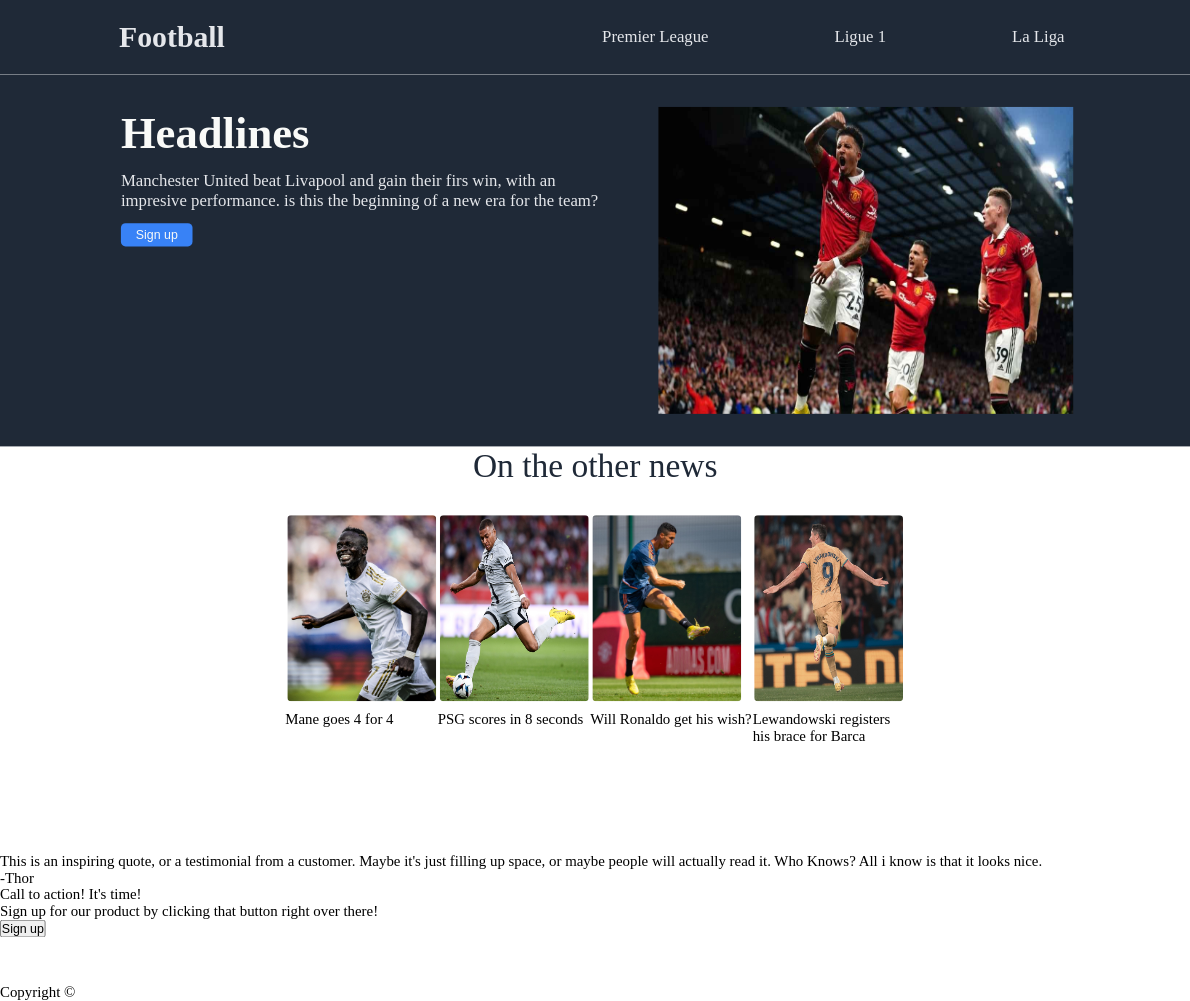
Repository: MhlengiNgubane/Brainnest_CSS
Page: index.html
An editor plug-in stored every save of this project. The page is shown before and after the next save, followed by the edit.
The browser window is 1280 px wide. The pictures show the whole page, at 93% of full size.

Above is the page before, as saved 2022-08-28 00:26:14.

After the next save:
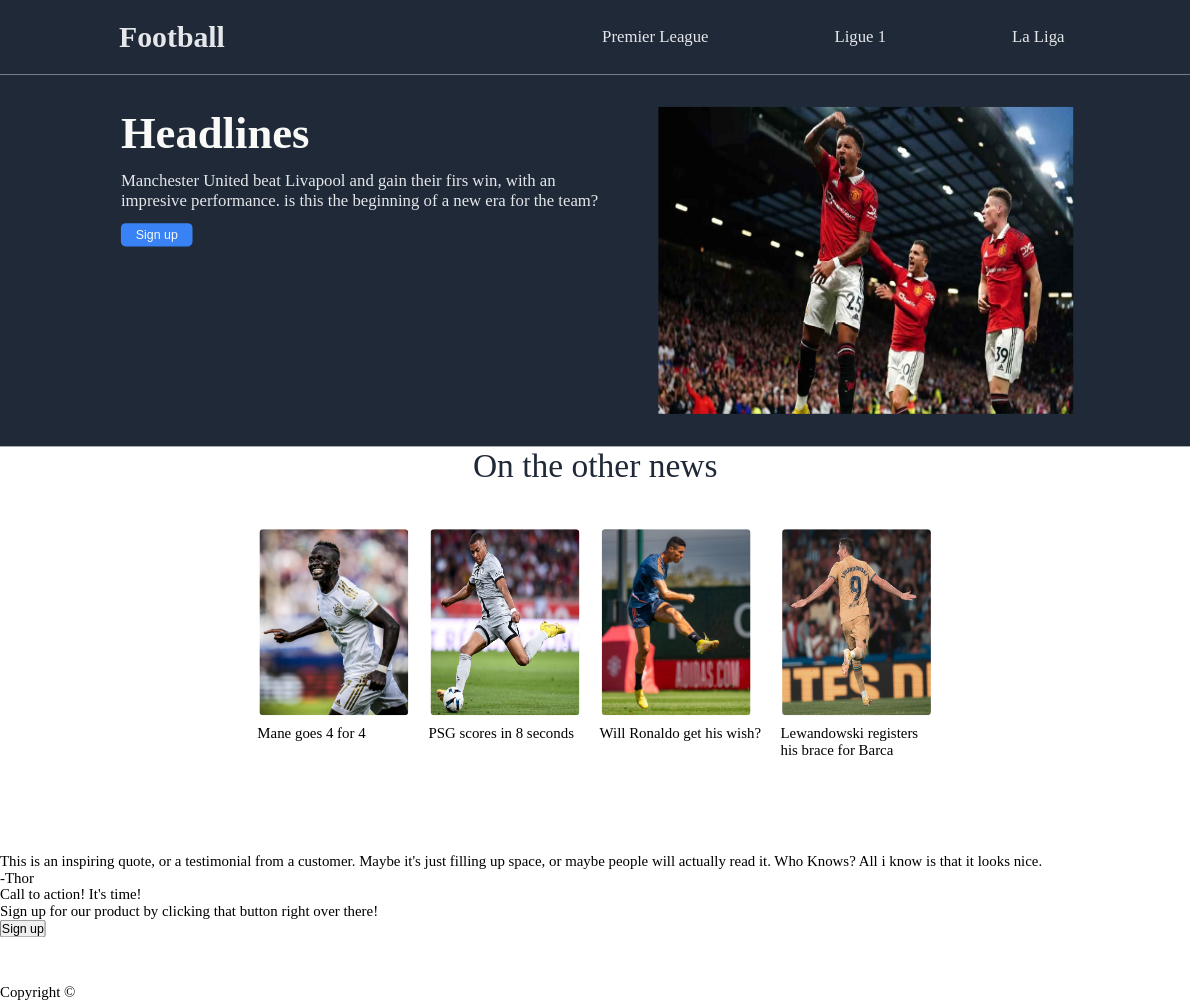
Saved 18 s later.
--- a/css/style.css
+++ b/css/style.css
@@ -104,7 +104,7 @@
     margin-bottom: 45px;
 }
 figure {
-
+    padding: 15px 10px;
 }
 figure img {
     height: 200px;
